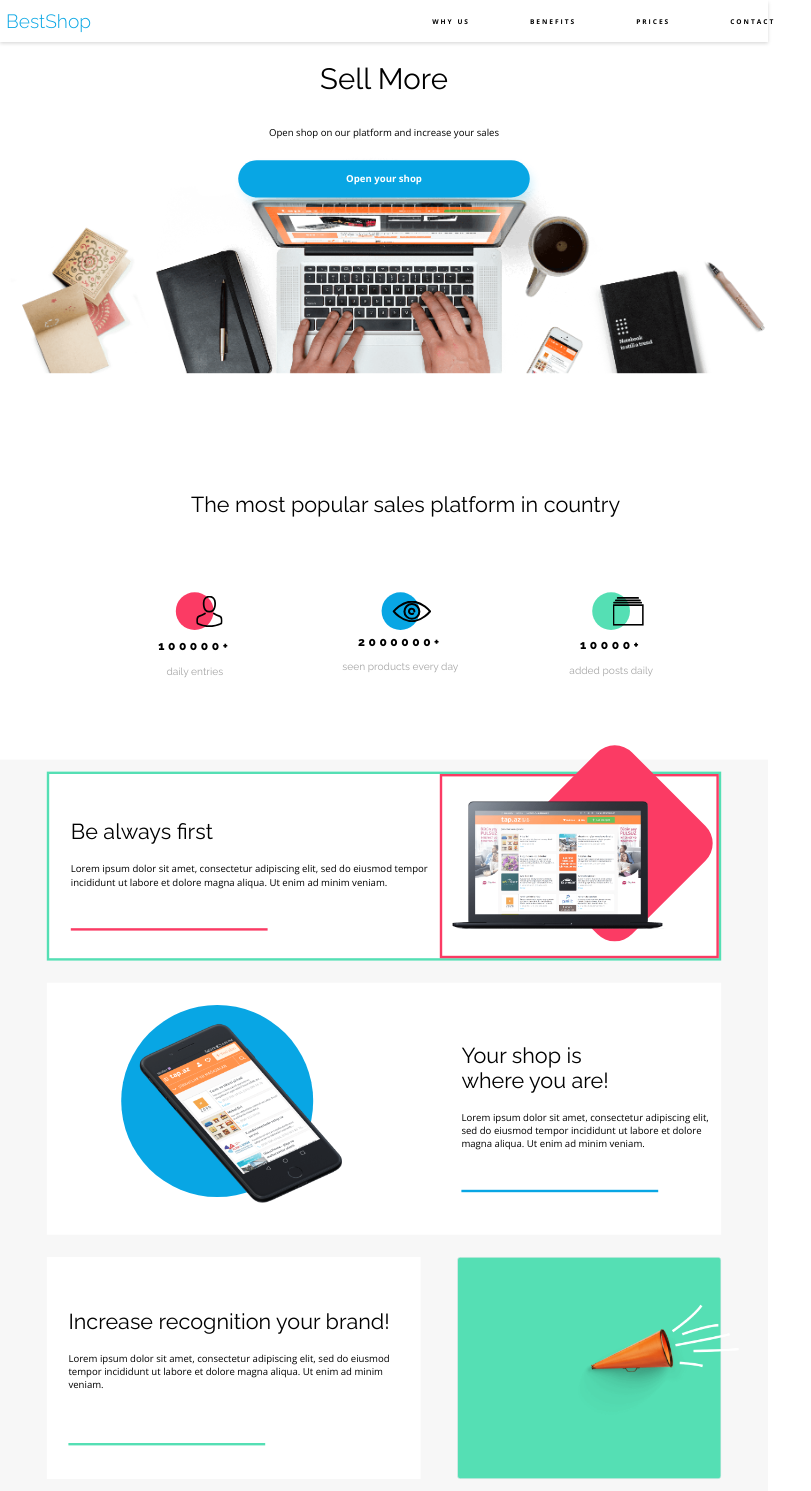
Repository: Widzisz/bestshop-website
Page: index.html
These files come from the project's save history. The page is drawn as it stood at one moment and after the next save; the edit follows.
The browser window is 1280 px wide. The page is 1352 px wide, so the pictures cover 1352 px, including what lies to the right of the window. The pictures show the whole page, at 60% of full size.

Above is the page before, as saved 2021-03-20 11:19:56.

After the next save:
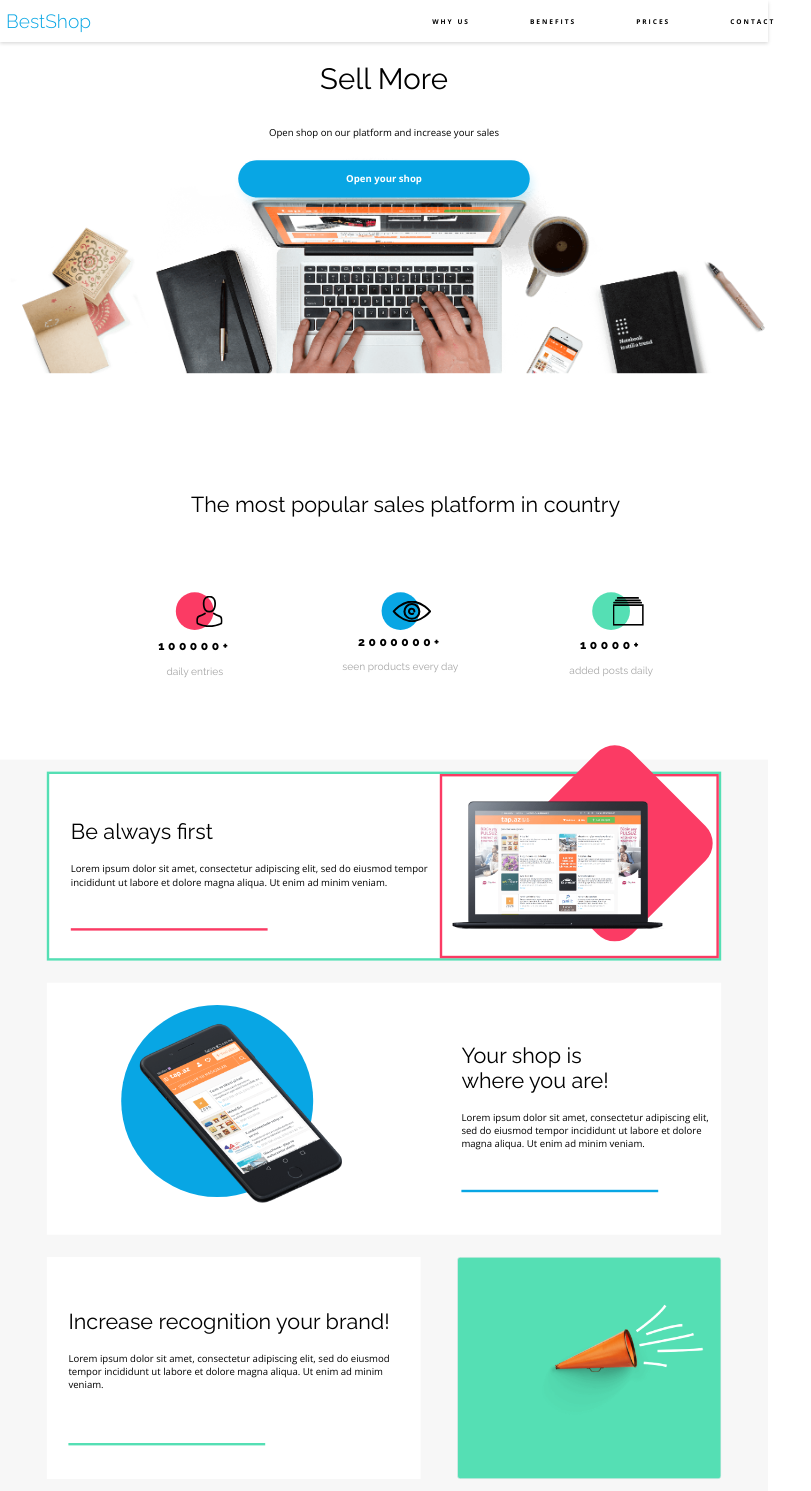
Saved 7 s later.
--- a/css/style.css
+++ b/css/style.css
@@ -446,7 +446,7 @@ body {
   background: transparent;
   position: relative;
   top: center;
-  left: 30px;
+  right: 30px;
   z-index: 1;
 }
 
